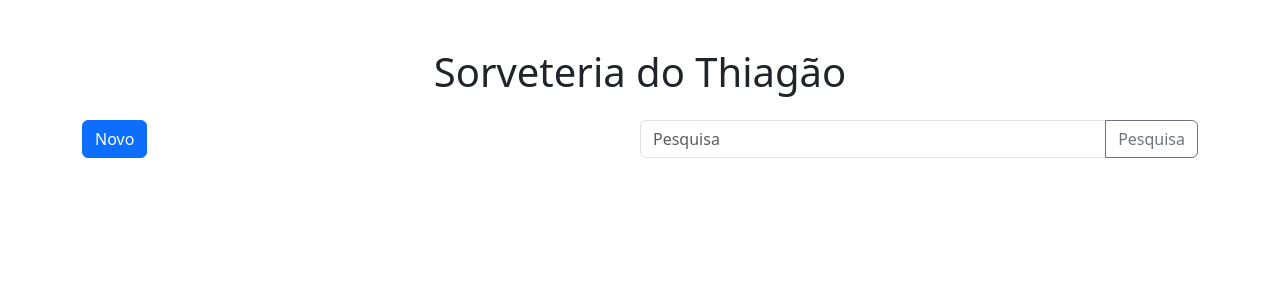
Repository: marcolino-t/Desenvolvimento_Web
Page: OlaMundo2/src/main/webapp/sorveteapi/sorvete.html
The author's editor kept a copy of each file at every save. The page is drawn from the files as they stood at one save, then again after the next save.
The browser window is 1280 px wide. The pictures show the whole page.
The page's requests for data from a server got no answer.

Above is the page before, as saved 2024-12-01 14:24:32.
Console error: SyntaxError: Invalid or unexpected token

After the next save:
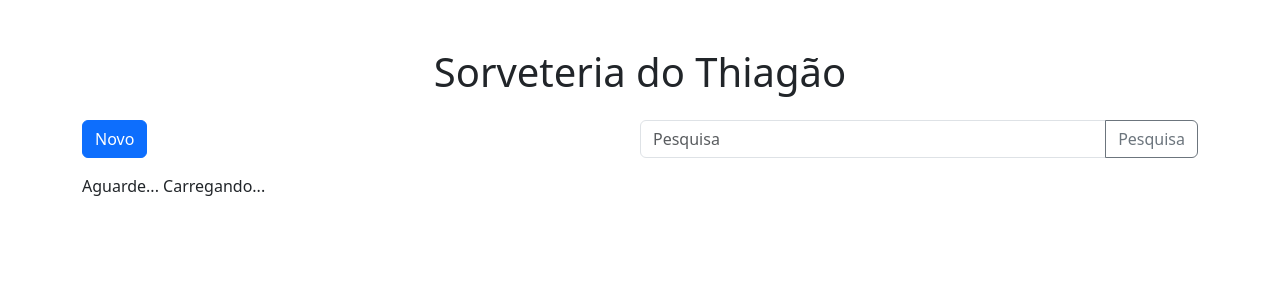
The error is gone.
Saved 3 min 15 s later.
--- a/OlaMundo2/src/main/webapp/sorveteapi/sorvete.html
+++ b/OlaMundo2/src/main/webapp/sorveteapi/sorvete.html
@@ -116,8 +116,8 @@
             + "<td>" + dados[i].marca + "</td>"
             + "<td>" + dados[i].formato + "</td>"
             + "<td>" + dados[i].calorias + "</td>"
-            + "<td><a href='#' onclick='alterar(" + dados[i].idsorvete + ")'> <img src = 'img/edit.svg>
-            + "<a href='#' onclick='excluir(" + dados[i].idsorvete + ")'> <img src = 'img/delete.svg'> </td></tr>";
+            + "<td><a href='#' onclick='alterar(" + dados[i].idsorvete + ")'><img src='editar.png' alt='Editar' width='20'></a> | "
+            + "<a href='#' onclick='excluir(" + dados[i].idsorvete + ")'><img src='excluir.png' alt='Excluir' width='20'></a></td></tr>";
         }
         tab += "</tbody></table>";
         document.getElementById("resposta").innerHTML = tab;
@@ -180,7 +180,7 @@
         });
     }
 
-    // Função para excluir um sorvete
+    // Função para mostrar o modal de exclusão
     function excluir(idsorvete) {
       idatual = idsorvete;
       modalexcluir.show();
